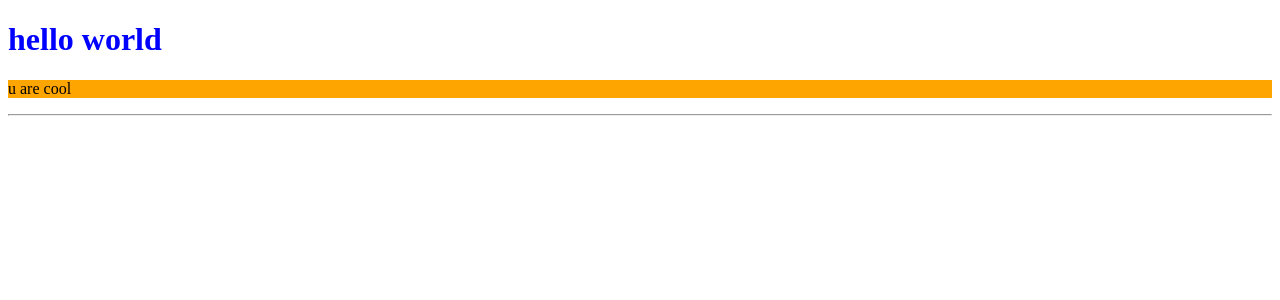
Repository: roma42/techytraining
Page: Project1/WebContent/index.html
These files come from the project's save history. The page is drawn as it stood at one moment and after the next save; the edit follows.
The browser window is 1280 px wide. The pictures show the whole page.

Above is the page before, as saved 2017-07-18 22:09:08.

After the next save:
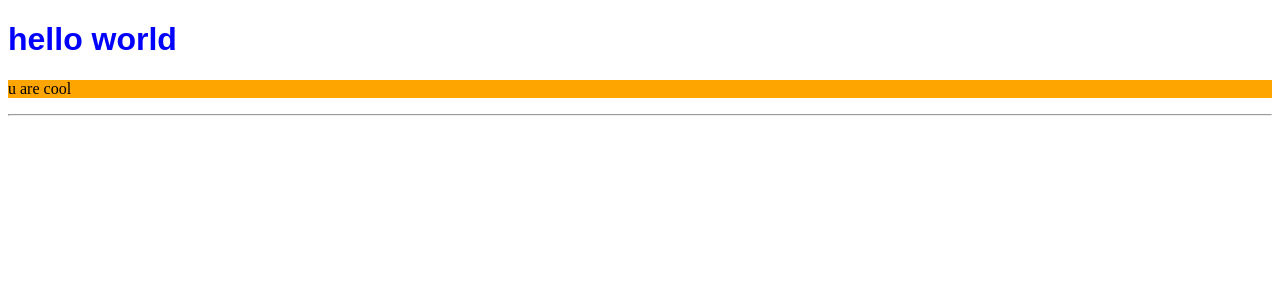
Saved 79 s later.
--- a/Project1/WebContent/index.html
+++ b/Project1/WebContent/index.html
@@ -6,7 +6,7 @@
 <style type="text/css">
 h1 {
 color: blue;
-font-family: "Times New Roman", Times, serif;
+font-family: "Comic Sans MS", cursive, sans-serif;
 }
 p {
 background-color: orange;
